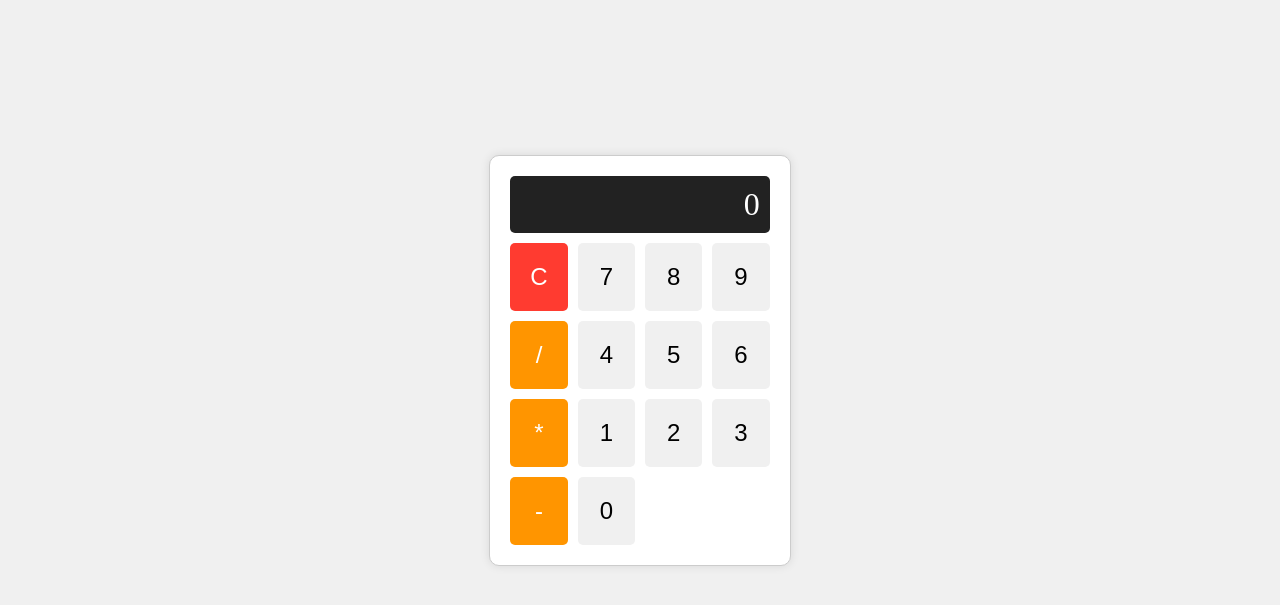
Repository: alizey12/calculator
Page: index.html
These files come from the project's save history. The page is drawn as it stood at one moment and after the next save; the edit follows.
The browser window is 1280 px wide. The pictures show the whole page.

Above is the page before, as saved 2024-11-23 18:36:23.

After the next save:
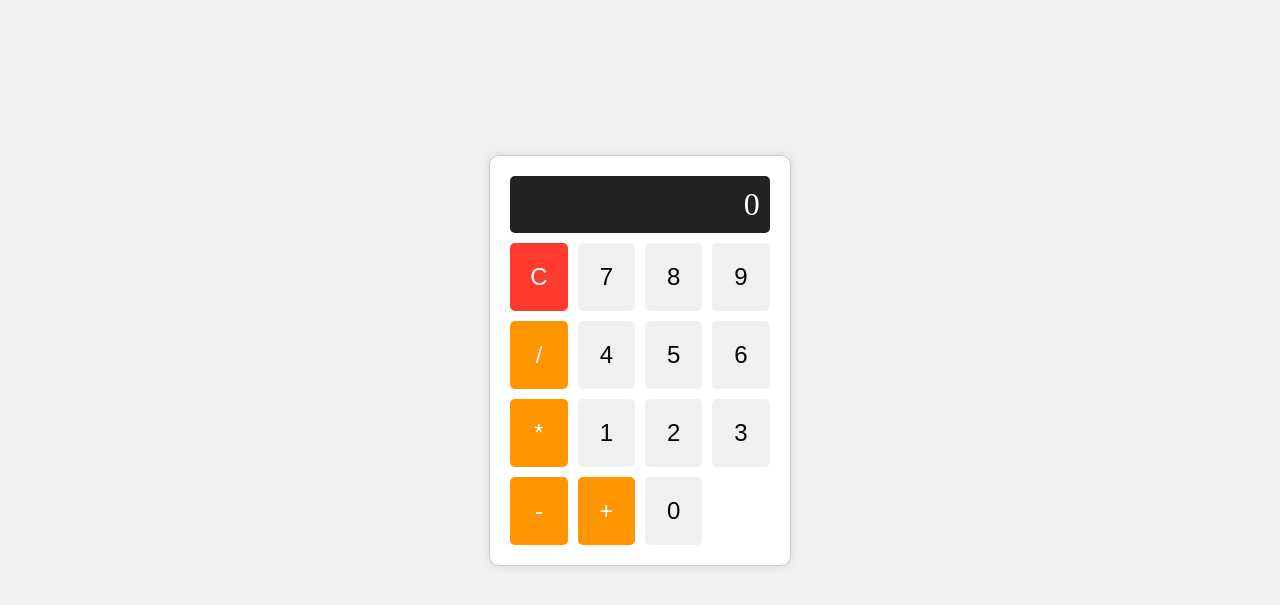
Saved 5 s later.
--- a/index.html
+++ b/index.html
@@ -32,7 +32,7 @@
                 <button class="btn">2</button>
                 <button class="btn">3</button>
                 <button class="btn operator">-</button>
-
+                <button class="btn operator">+</button>
                 <button class="btn">0</button>
 
 
